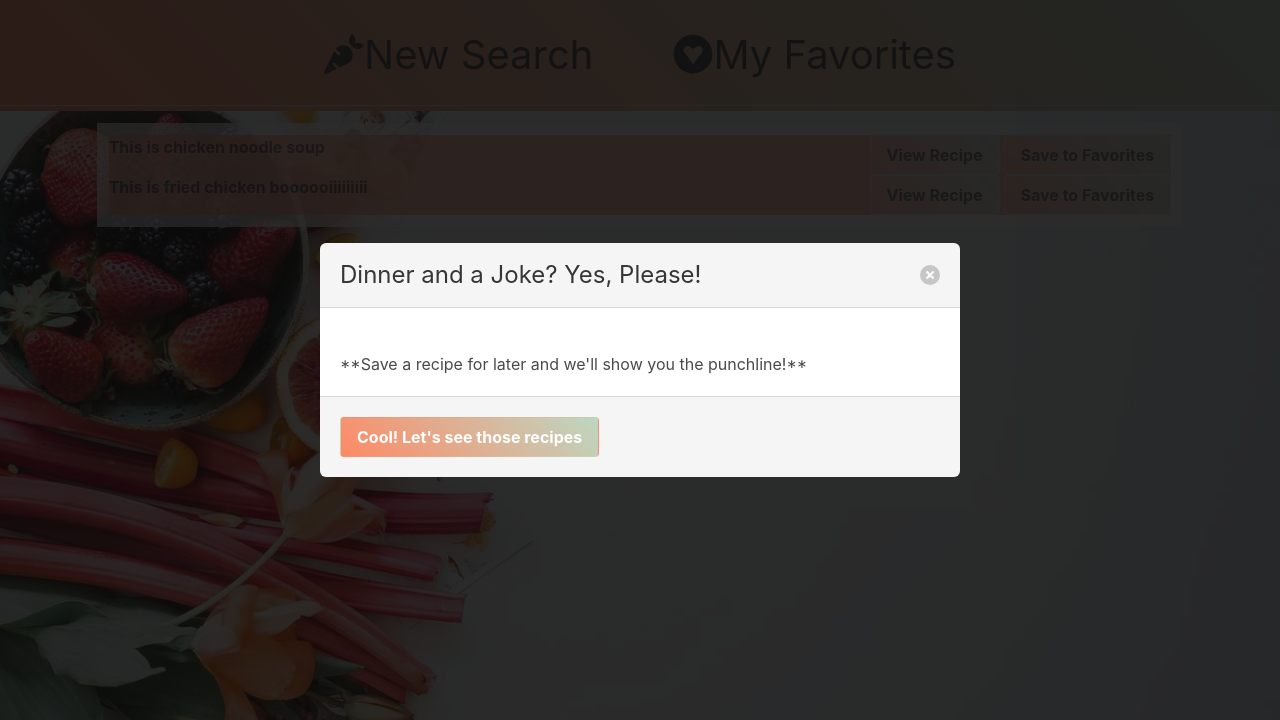
Repository: puakehaulani/the-hungry-app-proj1
Page: results.html
The author's editor kept a copy of each file at every save. The page is drawn from the files as they stood at one save, then again after the next save.
The browser window is 1280 px wide. The pictures show the window.
The page's requests for data from a server got no answer. A layer covers the whole window, so only the first screen is drawn. Some web libraries are served in a nearby version.

Above is the page before, as saved 2020-10-17 19:14:53.

After the next save:
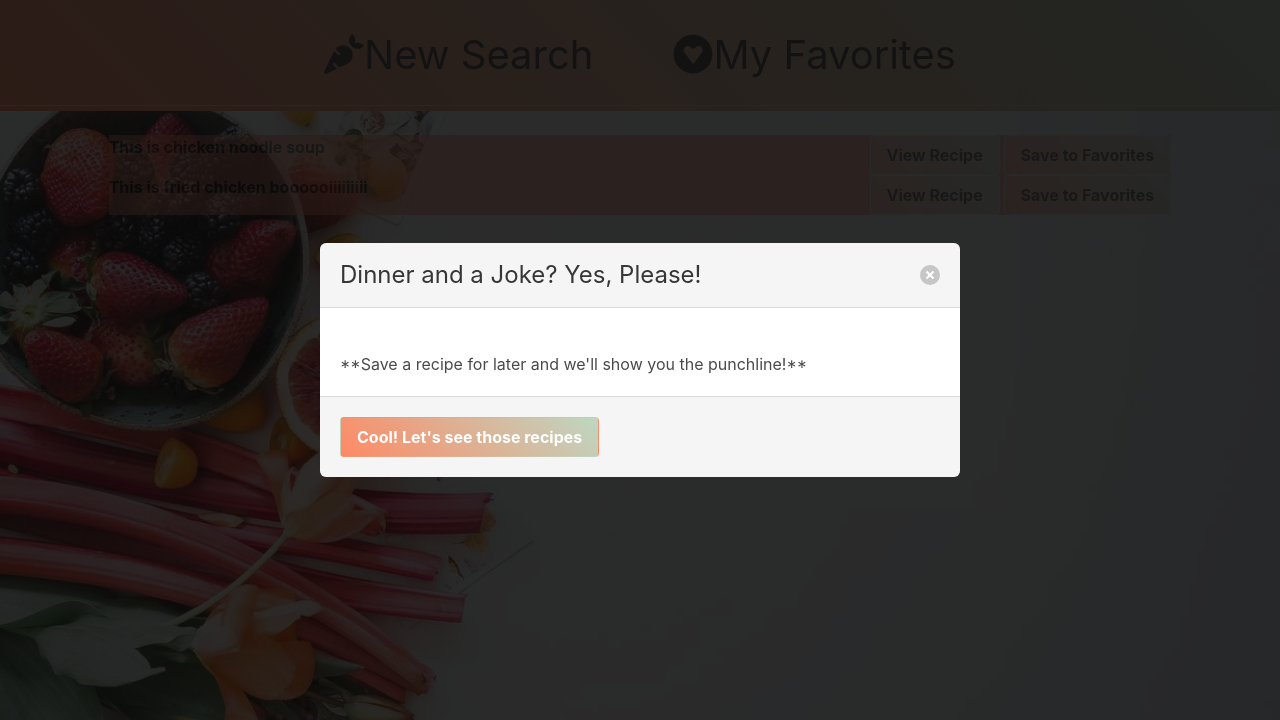
Saved 2 min 21 s later.
--- a/assets/style/style.css
+++ b/assets/style/style.css
@@ -50,7 +50,7 @@
 
 
 #resultsContentContainer {
-    background-color: rgb(255, 255, 255, .7);
+    background-color: turquoise, 0.7;
     color:black;
     font-weight: bolder;
     float: left;

After the save that followed:
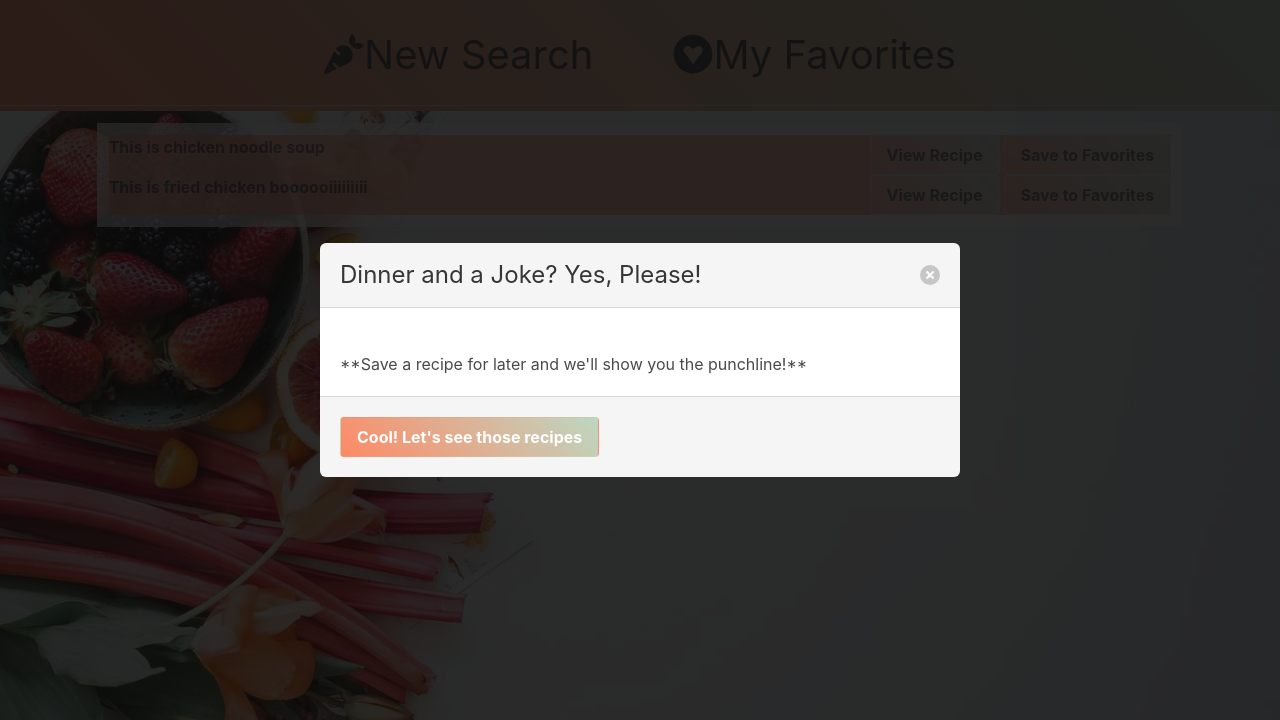
Saved 38 s later.
--- a/assets/style/style.css
+++ b/assets/style/style.css
@@ -50,7 +50,7 @@
 
 
 #resultsContentContainer {
-    background-color: turquoise, 0.7;
+    background-color:rgb(255, 255, 255, .7);
     color:black;
     font-weight: bolder;
     float: left;
